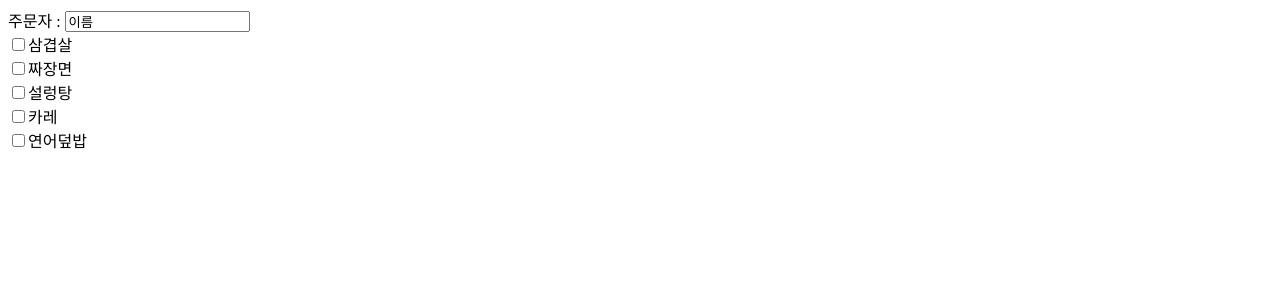
Repository: duatn3004/jsp_20230602
Page: http://localhost/jstl_study/step6-form.jsp
The author's editor kept a copy of each file at every save. The page is drawn from the files as they stood at one save, then again after the next save.
The browser window is 1280 px wide. The pictures show the whole page.
The page is served by Tomcat 9.

Above is the page before, as saved 2023-05-10 02:29:52.

After the next save:
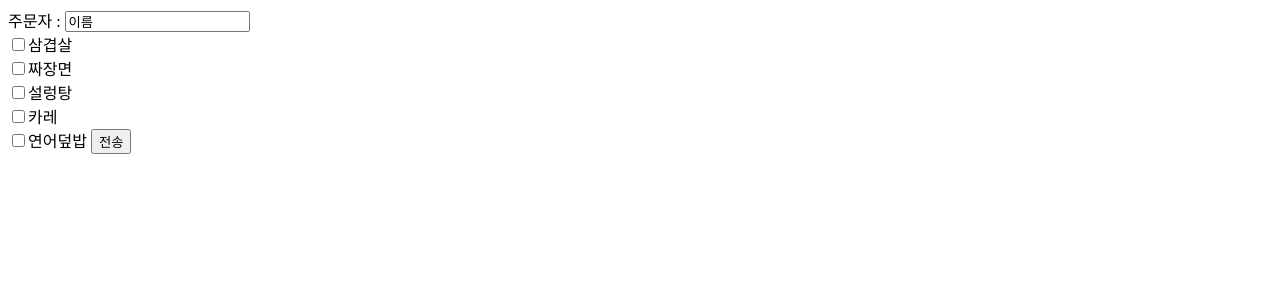
Saved 4 min 27 s later.
--- a/jstl_workspace/jstl_study/src/main/webapp/step6-form.jsp
+++ b/jstl_workspace/jstl_study/src/main/webapp/step6-form.jsp
@@ -8,13 +8,14 @@
 <title>Insert title here</title>
 </head>
 <body>
-	<form action="">
+	<form action="step6-action.jsp">
 	주문자 : <input type="text" value="이름"><br>
 	<input type="checkbox" name="food" value="삼겹살">삼겹살<br>
 	<input type="checkbox" name="food" value="짜장면">짜장면<br>
 	<input type="checkbox" name="food" value="설렁탕">설렁탕<br>
 	<input type="checkbox" name="food" value="카레">카레<br>
 	<input type="checkbox" name="food" value="연어덮밥">연어덮밥
+	<button type="submit">전송</button>
 	</form>
 </body>
 </html>
